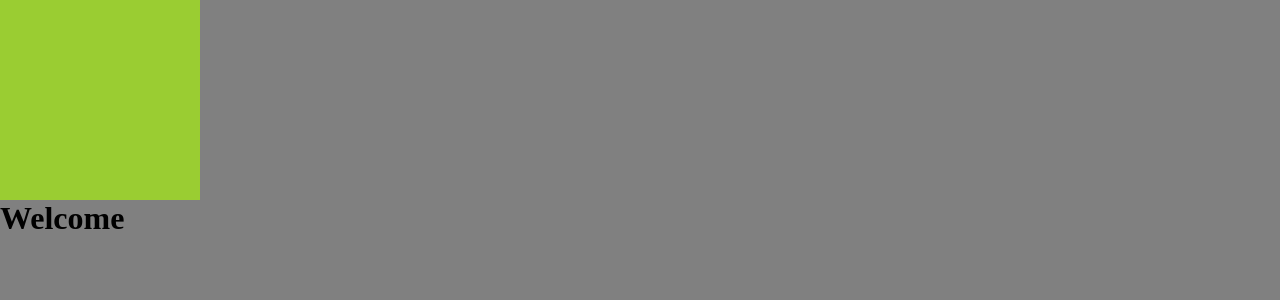
Repository: Aram5864/teatr
Page: index.html
The author's editor kept a copy of each file at every save. The page is drawn from the files as they stood at one save, then again after a run of saves.
The browser window is 1280 px wide. The pictures show the whole page.

Above is the page before, as saved 2022-11-25 12:09:35.

### index.html
<!DOCTYPE html>
<html lang="en">
<head>
    <meta charset="UTF-8">
    <meta http-equiv="X-UA-Compatible" content="IE=edge">
    <meta name="viewport" content="width=device-width, initial-scale=1.0">
    <link rel="stylesheet" href="style.css">
    <title>Document</title>
</head>
<body>
        <div class="box">

        </div>

    <script src="script.js"></script>
</body>
</html>

### style.css
*{
    margin: 0;
    padding: 0;
    box-sizing: border-box;
}


body{
    background-color: grey;
}

.box{
    width: 200px;
    height: 200px;
    background-color: yellowgreen;
}

### script.js
let h1 = document.createElement('h1');
document.body.appendChild(h1);
h1.innerHTML = "Welcome";

After the next 4 saves:
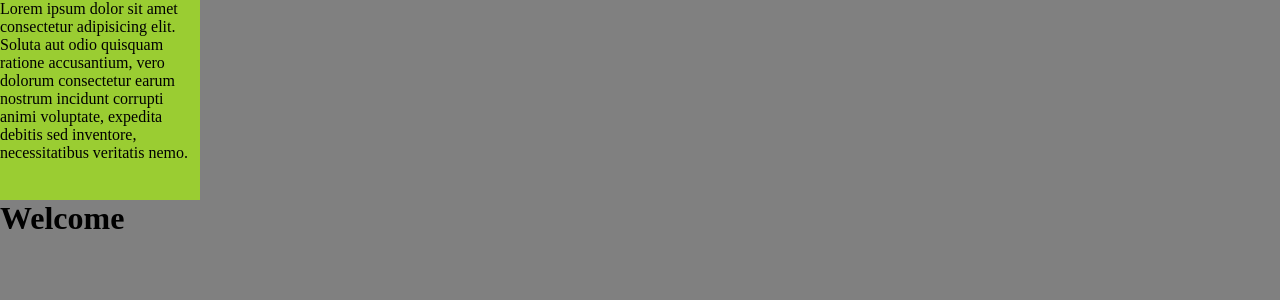
The 4 saves are shown as one change because they came seconds apart.
The last was saved 6 min 49 s later.
--- a/index.html
+++ b/index.html
@@ -1,17 +1,22 @@
 <!DOCTYPE html>
 <html lang="en">
-<head>
-    <meta charset="UTF-8">
-    <meta http-equiv="X-UA-Compatible" content="IE=edge">
-    <meta name="viewport" content="width=device-width, initial-scale=1.0">
-    <link rel="stylesheet" href="style.css">
-    <title>Document</title>
-</head>
-<body>
+    <head>
+        <meta charset="UTF-8" />
+        <meta http-equiv="X-UA-Compatible" content="IE=edge" />
+        <meta name="viewport" content="width=device-width, initial-scale=1.0" />
+        <link rel="stylesheet" href="style.css" />
+        <title>Document</title>
+    </head>
+    <body>
         <div class="box">
-
+            <p>
+                Lorem ipsum dolor sit amet consectetur adipisicing elit. Soluta
+                aut odio quisquam ratione accusantium, vero dolorum consectetur
+                earum nostrum incidunt corrupti animi voluptate, expedita
+                debitis sed inventore, necessitatibus veritatis nemo.
+            </p>
         </div>
 
-    <script src="script.js"></script>
-</body>
+        <script src="script.js"></script>
+    </body>
 </html>
